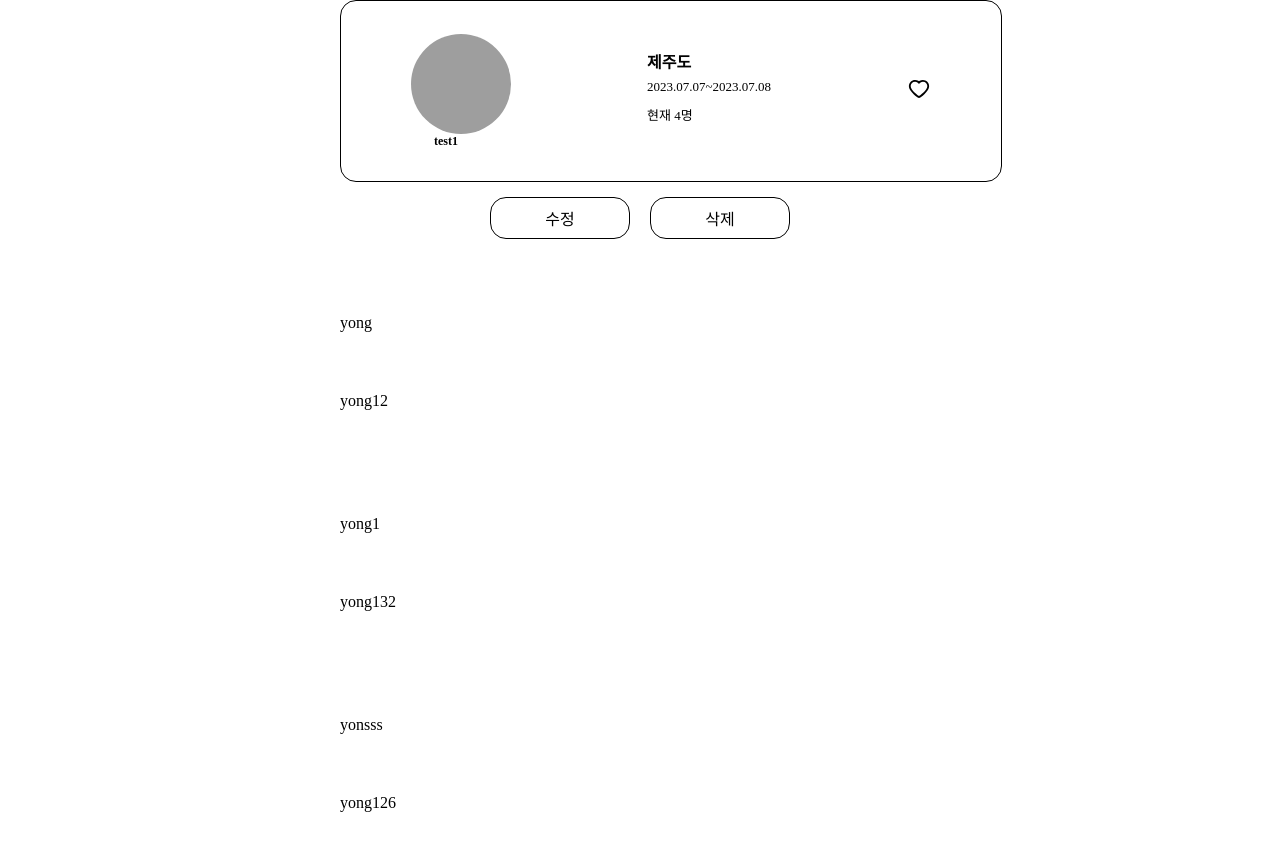
Repository: the-graces/matrip-web
Page: /tripSchedule (app in matrip/)
An editor plug-in stored every save of this project. The page is shown before and after the next save, followed by the edit.
The browser window is 1280 px wide. The pictures show the whole page.
Pictures or frames that could not be fetched are drawn as grey boxes. The project was rebuilt for these pictures with package versions that can differ from the ones it lists, and the page was loaded fresh each time. Also part of the build but not shown: matrip/src/pages/Main/mainStyle.tsx, matrip/src/pages/Main/Post.tsx, matrip/src/pages/Main/index.tsx, matrip/src/pages/FriendSearch/friendSearchStyle.tsx, matrip/src/pages/FriendSearch/index.tsx, matrip/src/pages/ItineraryInfo/index.scss, matrip/src/pages/ItineraryInfo/itineraryInfoStyle.tsx, matrip/src/pages/ItineraryInfo/index.tsx and 3 more.

Above is the page before, as saved 2023-07-09 12:50:56.

After the next save:
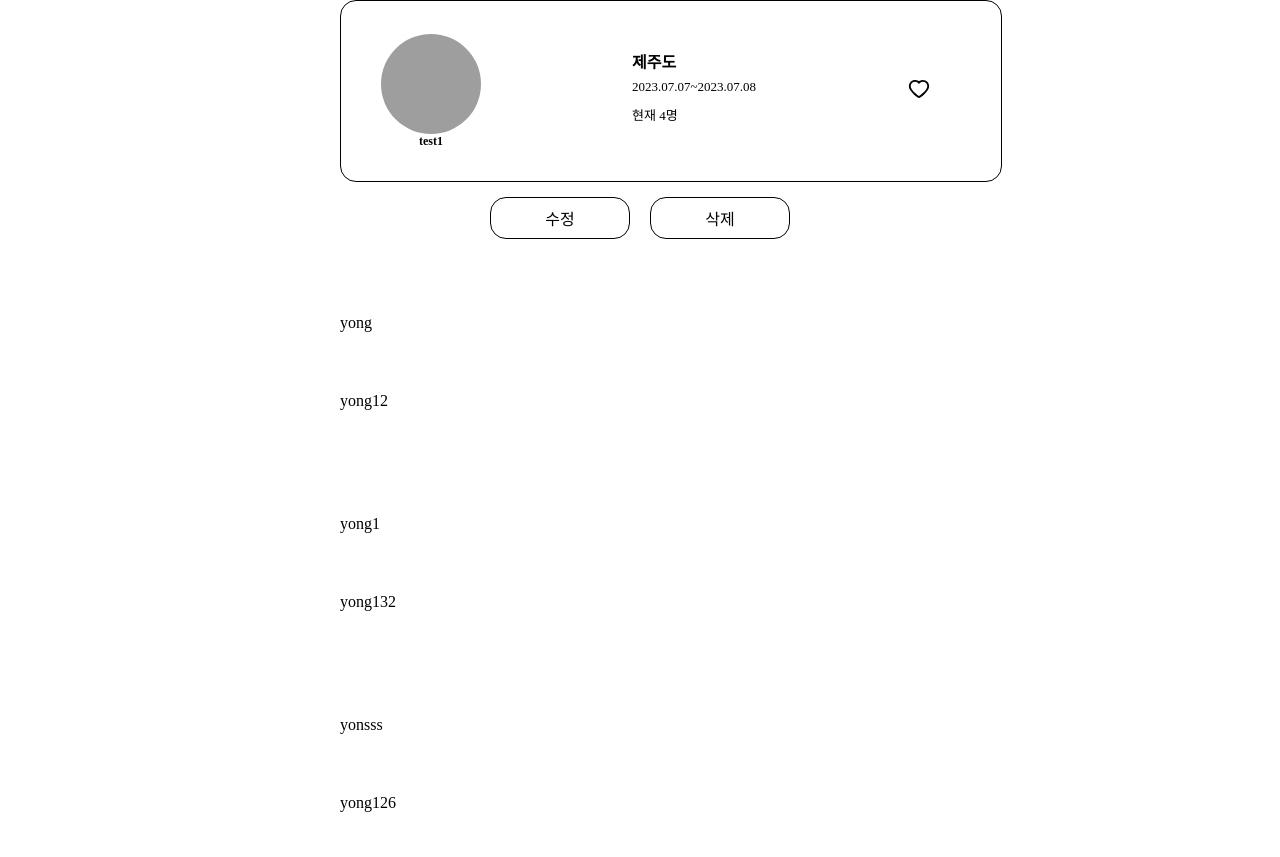
Saved 8 s later.
--- a/matrip/src/pages/TripSchedule/TripScheduleStyle.tsx
+++ b/matrip/src/pages/TripSchedule/TripScheduleStyle.tsx
@@ -32,7 +32,7 @@ export const profileBox = styled(Link)`
 export const profileImgBox = styled.div`
   width: 100px;
   height: 100px;
-  margin-left: 30px;
+  /* margin-left: 30px; */
 `;
 
 export const profileImg = styled.img`
